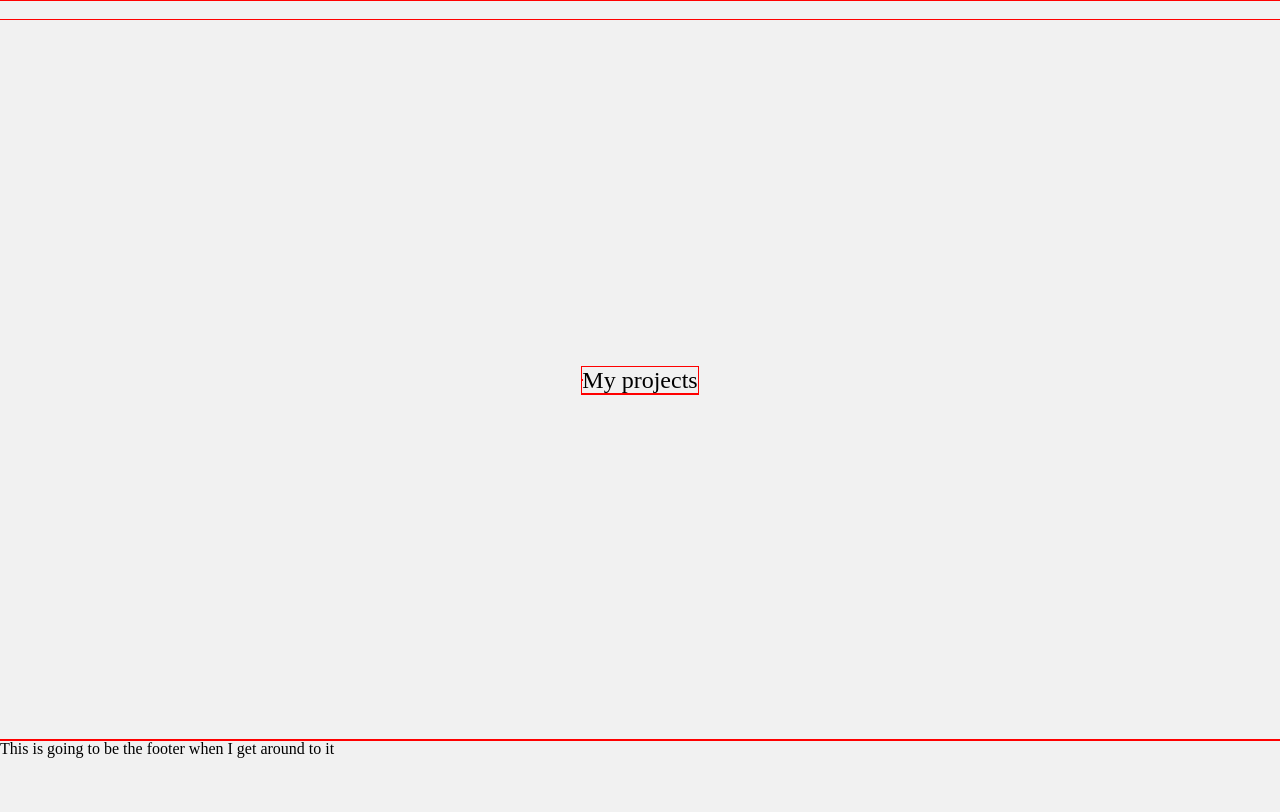
Repository: lynn-the-owl/lynnhtet
Page: index.html
An editor plug-in stored every save of this project. The page is shown before and after a run of saves, followed by the edit.
The browser window is 1280 px wide. The pictures show the whole page.
Some web fonts or font styles are not loaded; a fallback is used. Some web libraries are served in a nearby version.

Above is the page before, as saved 2023-10-10 00:21:02.

### index.html
<!DOCTYPE html>
<html lang="en">

<head>
    <meta charset="UTF-8">
    <meta name="viewport" content="width=device-width, initial-scale=1.0">
    <title>LHA's unfinished site</title>

    <!-- fonts -->
    <style>
        @import url('https://fonts.googleapis.com/css2?family=Aclonica&family=Atkinson+Hyperlegible&family=Poiret+One&display=swap');
    </style>

    <link rel="stylesheet" href="style.css">
    <script defer src="app.js"></script>
    <script src="https://cdnjs.cloudflare.com/ajax/libs/gsap/3.12.2/gsap.min.js"></script>
    <script src="https://cdnjs.cloudflare.com/ajax/libs/gsap/3.12.2/ScrollTrigger.min.js"></script>
    <script src="https://cdnjs.cloudflare.com/ajax/libs/gsap/3.12.2/ScrollToPlugin.min.js"></script>
    <script src="https://cdnjs.cloudflare.com/ajax/libs/gsap/3.12.2/EasePack.min.js"></script>

</head>

<body>
    <div class="all">
        <div class="header">
            <div class="about-me">

            </div>
            <div class="contact-me">

            </div>
        </div>

        <div class="landing">
            <div class="name">

            </div>
            <div class="projects">

                <div class="myprojects">My projects</div>
                <div class="project-child">

                </div>
                <div class="project-child"></div>
                <div class="project-child"></div>
                <div class="project-child"></div>
                <div class="project-child"></div>
                <div class="project-child"></div>
                <div class="project-child"></div>
                <div class="project-child"></div>
            </div>
        </div>

        <div class="foot">
            This is going to be the footer when I get around to it
        </div>
    </div>
</div>

</body>
</html>

### style.css
* {
    box-sizing: border-box;
    outline: 1px solid red !important;
}

/*
html {
    overflow-x: hidden;
} */

body {
    background-color: #f1f1f1;
    margin: 0;
    padding: 0;
    /* overflow-x: hidden; */
}
p {
    padding: 0;
    margin: 0
}
.myprojects {
    font-family: 'Poiret One', cursive;
    font-size:x-large

}


.header {
    transform: translateY(-100%);
    height: auto;
    display: flex;
    opacity: 1;
    padding: 10px;
    z-index: 3000;
    background-color: pink;
}
.me {
    opacity: 1;
    flex-grow: 4;
}
.blogs {
    opacity: 1;
    flex-grow: 1;
}
.portfolio {
    opacity: 1;
    flex-grow: 1;
}
.book {
    opacity: 1;
    flex-grow: 1;
}





.landing {
    height: 100vh;
    display: flex;
    justify-content: center;
    align-items: center;
}
.hi {
    font-size: 3rem;
    font-family: 'Josefin Sans', sans-serif;
    font-weight: 700;
}
.lemme {
    transform: translate(10%);
}
.mouse{
    transform: translateX(40%);
    opacity: 0.7;
    display: flex;
    flex-direction: column;
    justify-content: center;
    align-items: center;
}



.myanmar {
    height: 100vh;
}
.location-wrap {
    display: flex;
    justify-content: center;
    align-items: center;
}
img {
    height:80vh;
    width: auto;
}
.values {
    transform: translateY(40%);
}






.alumni {
    height: 90vh;
    background-color: #5d81b3;
}
.liberty {
    height: 90%;
    position: absolute;
    right: 0;
    transform: translate(50%);
    z-index: 2;
}
.mylp-image {
    height: 90%;
    position: absolute;
    right: 0;
    transform: translate(50%);
    z-index: 1;
}
.mylp-overlay {
    height: 90%;
    position: absolute;
    right: 0;
    transform: translate(50%);
    z-index: 3
}
.transition-top {
    height: 10vh;
    background-image: linear-gradient(white, #5d81b3);
}
.alumni-text {
    height: 10vh;
    color: white;
    background-color: #5d81b3;
    text-align: center;
}


.artist {
    height: 50vh;
}
.skills {
    height: 70vh;
}
.aerospace {
    height: 70vh;
}
.foot {
    height: 10vh;
}

### app.js



//Landing section
gsap.from('.hi', {ease: "power4",duration: 1.5, opacity: 0, x: '-100%', delay: 0});
gsap.from('.lemme', {ease: "power4",duration: 1.5, opacity: 0, x: '-50%', delay: 0.5});
gsap.from('.mouse', {ease: "expo",duration: 2, opacity: 0, y: '150%', delay: 1.7, filter: blur()});


//Myanmar section
gsap.from('.map', {
    x: "-100%",
    opacity: 0,
    scrollTrigger: {
        trigger: '.map',
        // markers: true,
        scrub: 2,
        endTrigger: ".map",
        start: "top 70%",
        end: "top 50%"
    }
});
gsap.from('.from', {
    x: "100%",
    opacity: 0,
    delay: "3",
    scrollTrigger: {
        trigger: '.map',
        // markers: true,
        scrub: 2,
        endTrigger: ".map",
        start: "top 90%",
        end: "top 35%"
    }
});
gsap.from('.values', {
    x: "100%",
    opacity: 0,
    scrollTrigger: {
        trigger: '.from',
        // markers: true,
        scrub: 2,
        endTrigger: ".map",
        start: "bottom 70%",
        end: "top 10%"
    }
});


//MYLP section
gsap.from('.liberty', {
    x: "100%",
    opacity: 0,
    scrollTrigger: {
        trigger: '.transition-top',
        // markers: true,
        scrub: 2,
        start: "bottom 70%",
        end: "top 10%"
    }
});

After the next 2 saves:
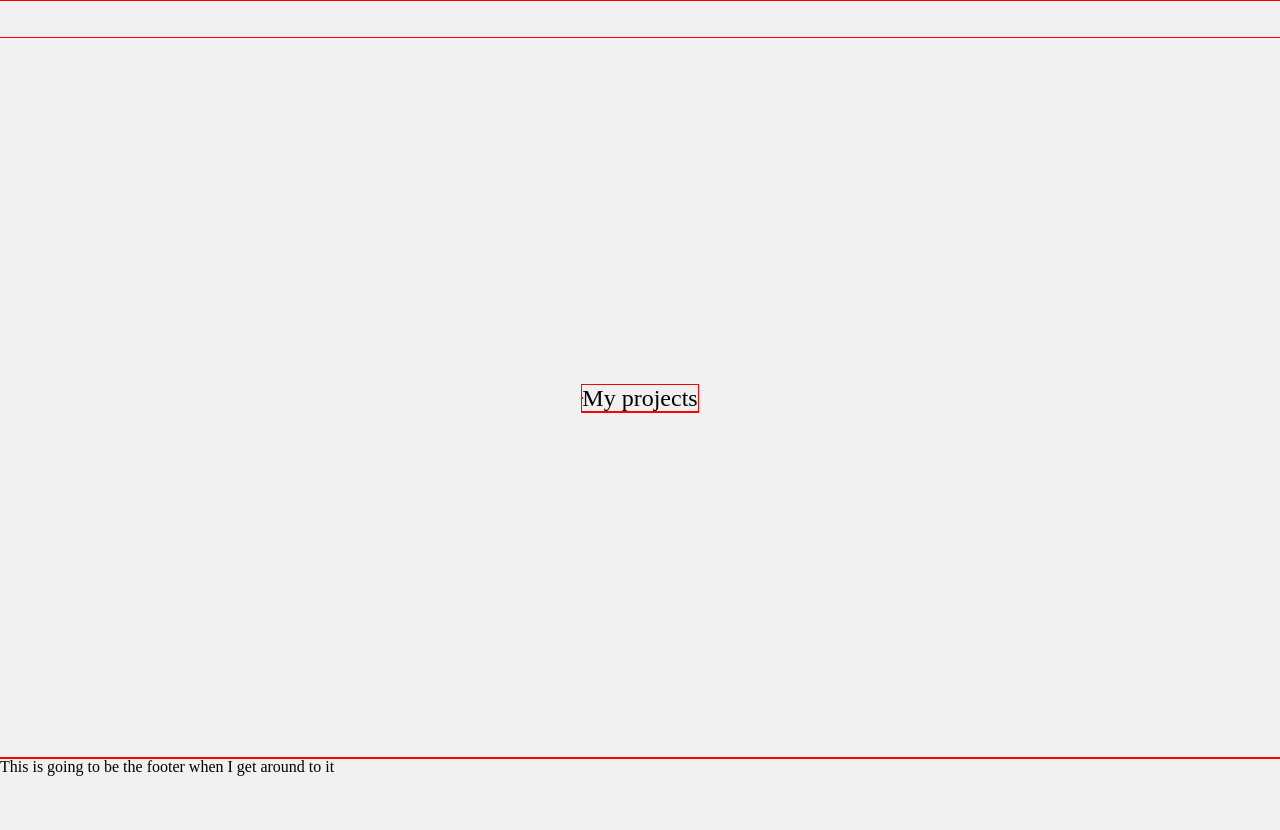
The 2 saves are shown as one change because they came seconds apart.
The last was saved 34 s later.
--- a/index.html
+++ b/index.html
@@ -24,7 +24,7 @@
     <div class="all">
         <div class="header">
             <div class="about-me">
-
+                About me
             </div>
             <div class="contact-me">
 
